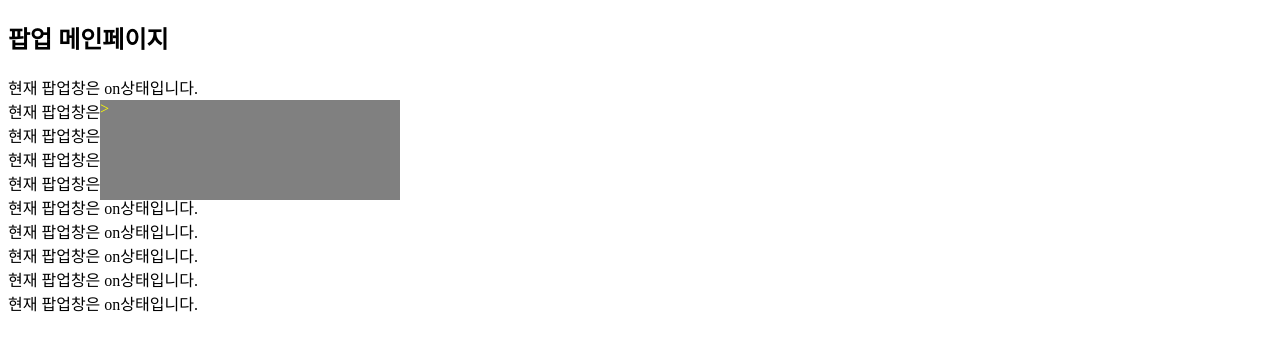
Repository: bhj305/JSP_Servlet
Page: http://localhost/MustHaveJSP/04Cookie/PopupMain_0.1.jsp
These files come from the project's save history. The page is drawn as it stood at one moment and after the next save; the edit follows.
The browser window is 1280 px wide. The pictures show the whole page.
The page is served by Tomcat 10. Other server files are loaded and not shown.

Above is the page before, as saved 2025-05-07 05:48:44.

### MustHaveJSP/src/main/webapp/04Cookie/PopupMain_0.1.jsp
<%@ page language="java" contentType="text/html; charset=UTF-8"
    pageEncoding="UTF-8"%>

<%
String popupMode = "on";
%>

<!DOCTYPE html>
<html>
	<head>
	<meta charset="UTF-8">
	<title>쿠키를 이용한 팝업 관리</title>
	<script src="https://ajax.googleapis.com/ajax/libs/jquery/3.7.1/jquery.min.js"></script>
	<style type="text/css">
		div#popup{
		position: absolute; top: 100px; left: 100px; color: yellow;
		width: 300px; height: 100px; background-color:gray;
		}
		div#popup>div{
		position: relative;
		width: 300px; height: 100px; background-color:#ffffff; top: 0px;
		border: 1px solid gray; padding: 10px; color: black;
		}

	</style>
	<script>
	$(function(){
	$('#closeBtn').click(function(){
		$('#popup').hide();
		});
	});
	</script>
	</head>
	<body>
	<h2>팝업 메인페이지</h2>
	<%
		for(int i =1; i<=10 ; i++){
			out.println("현재 팝업창은 "+ popupMode + "상태입니다.<br/>");
		}
		if(popupMode.equals("on")){
	%>
		<div id="popup">>


		</div>

	<%
		}
	%>
	</body>
</html>

After the next save:
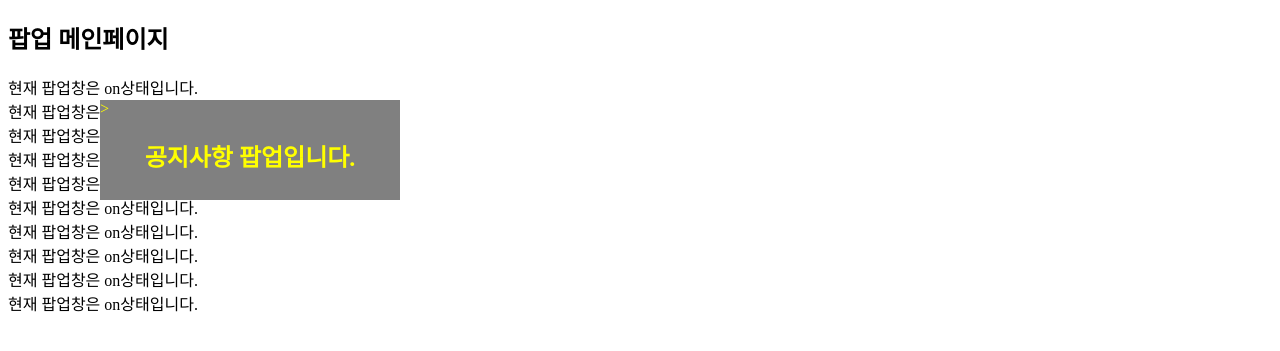
Saved 24 s later.
--- a/MustHaveJSP/src/main/webapp/04Cookie/PopupMain_0.1.jsp
+++ b/MustHaveJSP/src/main/webapp/04Cookie/PopupMain_0.1.jsp
@@ -40,7 +40,7 @@
 		if(popupMode.equals("on")){
 	%>
 		<div id="popup">>
-
+			<h2 align="center">공지사항 팝업입니다.</h2>
 
 		</div>
 
